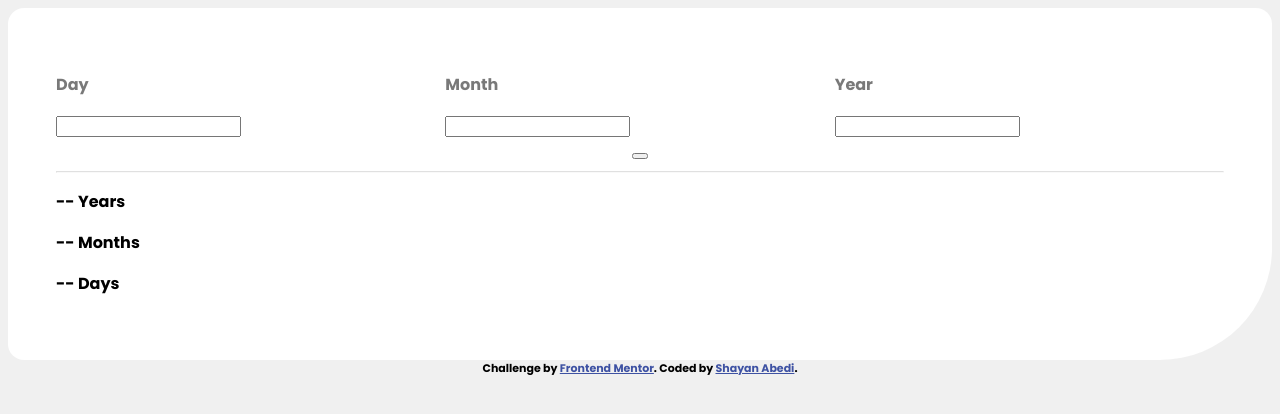
Repository: shayanabedi98/age-calculator
Page: index.html
An editor plug-in stored every save of this project. The page is shown before and after the next save, followed by the edit.
The browser window is 1280 px wide. The pictures show the whole page.

Above is the page before, as saved 2023-09-18 19:26:28.

### index.html
<!DOCTYPE html>
<html lang="en">
<head>
  <meta charset="UTF-8">
  <meta name="viewport" content="width=device-width, initial-scale=1.0">
  <link rel="icon" type="image/png" sizes="32x32" href="./assets/images/favicon-32x32.png">
  <link rel="stylesheet" href="styles.css">
  <title>Frontend Mentor | Age calculator app</title>
</head>
<body>

  <div class="grid-container">
    <div class="dob">
      <div class="day">
        <p>Day</p>
        <input type="text">
      </div>
      <div class="month">
        <p>Month</p>
        <input type="text">
      </div>
      <div class="year">
        <p>Year</p>
        <input type="text">
      </div>
    </div>
    <div class="calculate">
      <button></button>
    </div>
    <hr>
    <div class="results">
      <p id="age-year">-- Years</p>
      <p id="age-month">-- Months</p>
      <p id="age-day">-- Days</p>
    </div>
  </div>

  <div class="attribution">
    Challenge by <a href="https://www.frontendmentor.io?ref=challenge" target="_blank">Frontend Mentor</a>.
    Coded by <a href="#">Shayan Abedi</a>.
  </div>
  <script src="index.js"></script>
</body>
</html>

### styles.css
@font-face {
    font-family: Poppins-Bold;
    src: url(./assets/fonts/Poppins-Bold.ttf);
}



body {
    font-family: 'Poppins-Bold', sans-serif;
    background-color: rgba(240,240,240,255);
}

.grid-container {
    background-color: white;
    border-radius: 1em 1em 7em 1em;
    padding: 3em;
    text-align: center;
}

.dob {
    display: grid;
    grid-template-columns: 1fr 1fr 1fr;
    text-align: start;
}

.dob p {
    color: rgba(121,121,121,255);
}

.results {
    text-align: start;
}

hr {
    opacity: 30%;
}

.attribution {
    font-size: 11px; text-align: center;
}

.attribution a {
    color: hsl(228, 45%, 44%);
}

Loaded but not shown: index.js (common file)

After the next save:
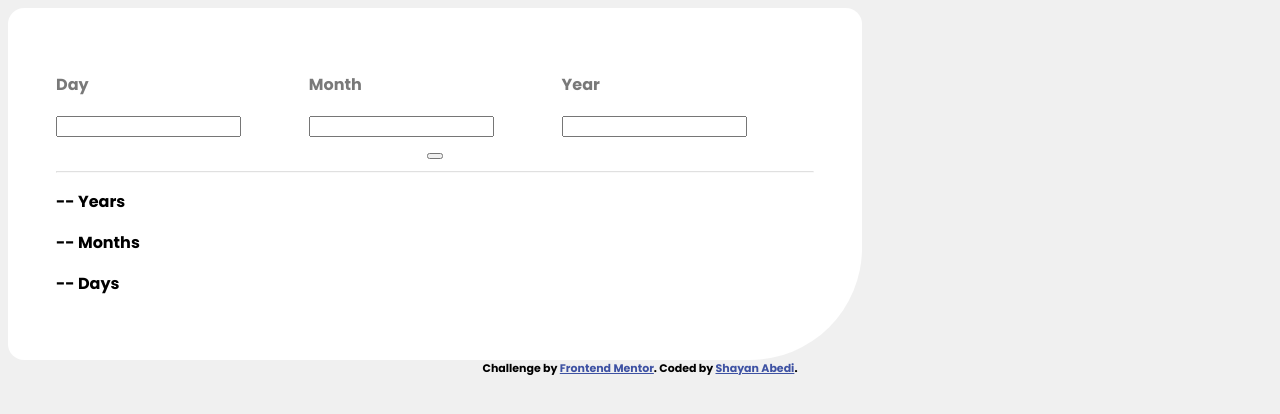
Saved 17 s later.
--- a/styles.css
+++ b/styles.css
@@ -15,6 +15,7 @@ body {
     border-radius: 1em 1em 7em 1em;
     padding: 3em;
     text-align: center;
+    width: 60%;
 }
 
 .dob {
